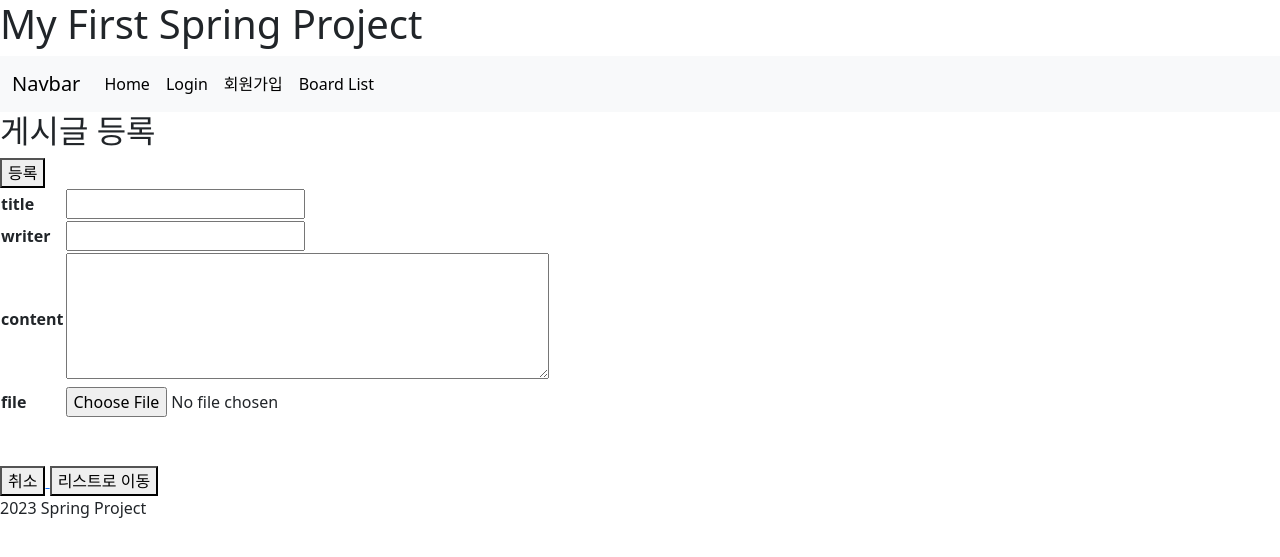
Repository: HongSeungBo/secondspring
Page: http://localhost/spring_test/WEB-INF/views/board/register.jsp
An editor plug-in stored every save of this project. The page is shown before and after the next save, followed by the edit.
The browser window is 1280 px wide. The pictures show the whole page.
The page is served by Tomcat 9. Nobody is signed in. Other server files are loaded and not shown. The template is opened directly, without the code that normally fills it, so the values that code supplies are empty.

Above is the page before, as saved 2023-10-12 07:52:48.

### spring test/src/main/webapp/WEB-INF/views/board/register.jsp
<%@ page language="java" contentType="text/html; charset=UTF-8"
    pageEncoding="UTF-8"%>
   <%@ taglib uri="http://java.sun.com/jsp/jstl/core" prefix="c" %>
<!DOCTYPE html>
<html>
<head>
<meta charset="UTF-8">
<title>Insert title here</title>
</head>
<body>
	<jsp:include page="../layout/header.jsp"></jsp:include>
	<h2>게시글 등록</h2>
	<!-- mapping 상태는 get / post가 별도의 mapping을 가짐 -->
	<form action="/board/register" method="post">
		<table>
			<tr>
				<th>title</th>
				<td>
					<input type="text" name="title">
				</td>
			</tr>
			<tr>
				<th>writer</th>
				<td>
					<input type="text" name="writer" value="${ses.id }" readonly="readonly">
				</td>
			</tr>
			<tr>
				<th>content</th>
				<td>
					<textarea rows="5" cols="50" name="content"></textarea>
				</td>
			</tr>
			<tr>
				<th>file</th>
				<td>
					<input type="file" id="file" name="files" >
				</td>
			</tr>
			<button type="submit">등록</button>
		</table>
	</form>
	<br><br>
	<a href="/">
		<button type="button">취소</button>
	</a>
	<a href="/board/list">
		<button type="button">리스트로 이동</button>
	</a>

	<jsp:include page="../layout/footer.jsp"></jsp:include>
</body>
</html>

### spring test/src/main/webapp/WEB-INF/views/layout/header.jsp
<%@ page language="java" contentType="text/html; charset=UTF-8"
    pageEncoding="UTF-8"%>
    <%@ taglib prefix="c" uri="http://java.sun.com/jsp/jstl/core" %>
<!DOCTYPE html>
<html>
<head>
<meta charset="UTF-8">
<title>Insert title here</title>
<link href="https://cdn.jsdelivr.net/npm/bootstrap@5.3.1/dist/css/bootstrap.min.css" rel="stylesheet"
integrity="sha384-4bw+/aepP/YC94hEpVNVgiZdgIC5+VKNBQNGCHeKRQN+PtmoHDEXuppvnDJzQIu9" crossorigin="anonymous">
<script src="https://cdn.jsdelivr.net/npm/bootstrap@5.3.1/dist/js/bootstrap.bundle.min.js"
integrity="sha384-HwwvtgBNo3bZJJLYd8oVXjrBZt8cqVSpeBNS5n7C8IVInixGAoxmnlMuBnhbgrkm" crossorigin="anonymous"></script>
</head>
<body>
<h1> My First Spring Project </h1>
<nav class="navbar navbar-expand-lg bg-body-tertiary">
  <div class="container-fluid">
    <a class="navbar-brand" href="#">Navbar</a>
    <button class="navbar-toggler" type="button" data-bs-toggle="collapse" data-bs-target="#navbarSupportedContent" aria-controls="navbarSupportedContent" aria-expanded="false" aria-label="Toggle navigation">
      <span class="navbar-toggler-icon"></span>
    </button>
    <div class="collapse navbar-collapse" id="navbarSupportedContent">
      <ul class="navbar-nav me-auto mb-2 mb-lg-0">
        <li class="nav-item">
          <a class="nav-link active" aria-current="page" href="/">Home</a>
        </li>
        <c:if test="${ses.id eq null }">
	        <li class="nav-item">
	          <a class="nav-link active" aria-current="page" href="/member/login">Login</a>
	        </li>
        </c:if>
        <c:if test="${ses.id ne null }">
	        <li class="nav-item">
	          <a class="nav-link active" aria-current="page" href="logout">Logout</a>
	        </li>
        </c:if>
        <li class="nav-item">
          <a class="nav-link active" aria-current="page" href="/member/signUp">회원가입</a>
        </li>
        <c:if test="${ses.id ne null }">
	        <li class="nav-item">
	          <a class="nav-link active" aria-current="page" href="/board/register">REG</a>
	        </li>
        </c:if>
        <c:if test="${ses.id ne null }">
	        <li class="nav-item">
	          <a class="nav-link active" aria-current="page" href="/member/modify">회원정보 수정</a>
	        </li>
        </c:if>
        <li class="nav-item">
          <a class="nav-link active" aria-current="page" href="/board/list">Board List</a>
        </li>
        <!-- <li class="nav-item">
          <a class="nav-link" href="#">Link</a>
        </li>
        <li class="nav-item dropdown">
          <a class="nav-link dropdown-toggle" href="#" role="button" data-bs-toggle="dropdown" aria-expanded="false">
            Dropdown
          </a>
          <ul class="dropdown-menu">
            <li><a class="dropdown-item" href="#">Action</a></li>
            <li><a class="dropdown-item" href="#">Another action</a></li>
            <li><hr class="dropdown-divider"></li>
            <li><a class="dropdown-item" href="#">Something else here</a></li>
          </ul>
        </li>
        <li class="nav-item">
          <a class="nav-link disabled" aria-disabled="true">Disabled</a>
        </li>
      </ul>
      <form class="d-flex" role="search">
        <input class="form-control me-2" type="search" placeholder="Search" aria-label="Search">
        <button class="btn btn-outline-success" type="submit">Search</button> -->
      </form>
    </div>
  </div>
</nav>

### spring test/src/main/webapp/WEB-INF/views/layout/footer.jsp
<%@ page language="java" contentType="text/html; charset=UTF-8"
    pageEncoding="UTF-8"%>
<!DOCTYPE html>
<html>
<head>
<meta charset="UTF-8">
<title>Insert title here</title>
</head>
<body>
<div> 2023 Spring Project </div>
</body>
</html>

After the next save:
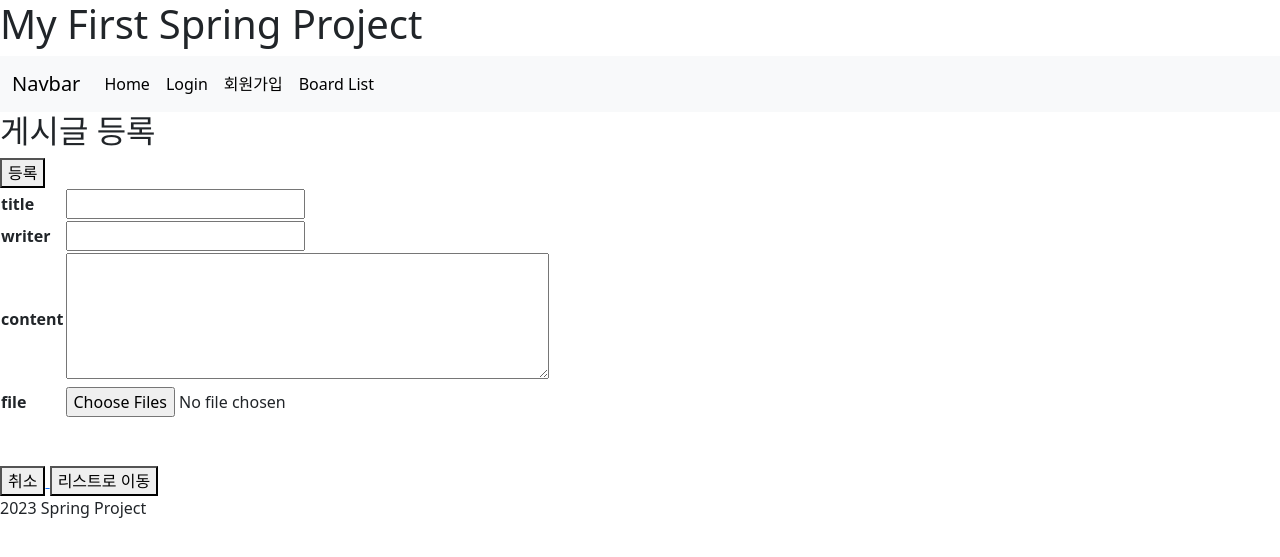
Saved 14 s later.
--- a/spring test/src/main/webapp/WEB-INF/views/board/register.jsp
+++ b/spring test/src/main/webapp/WEB-INF/views/board/register.jsp
@@ -34,7 +34,7 @@
 			<tr>
 				<th>file</th>
 				<td>
-					<input type="file" id="file" name="files" >
+					<input type="file" id="file" name="files" multiple="multiple">
 				</td>
 			</tr>
 			<button type="submit">등록</button>
